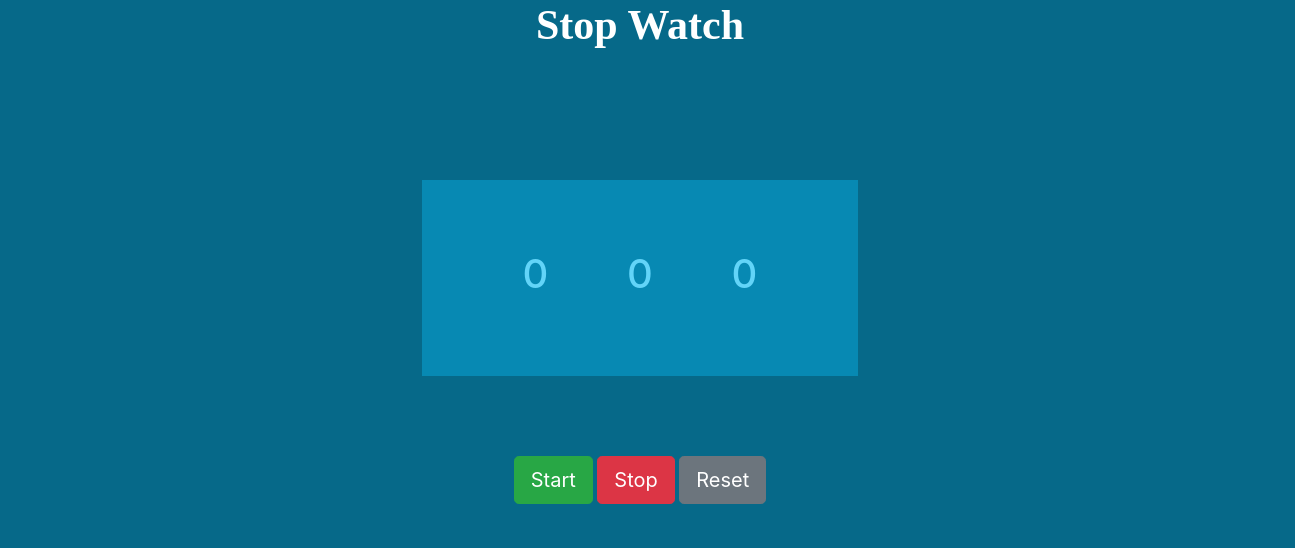
Repository: moiz9265/stopwatch
Page: index.html
These files come from the project's save history. The page is drawn as it stood at one moment and after a run of saves; the edit follows.
The browser window is 1280 px wide. The page is 1295 px wide, so the pictures cover 1295 px, including what lies to the right of the window. The pictures show the whole page.

Above is the page before, as saved 2020-07-09 23:33:21.

After the next 3 saves:
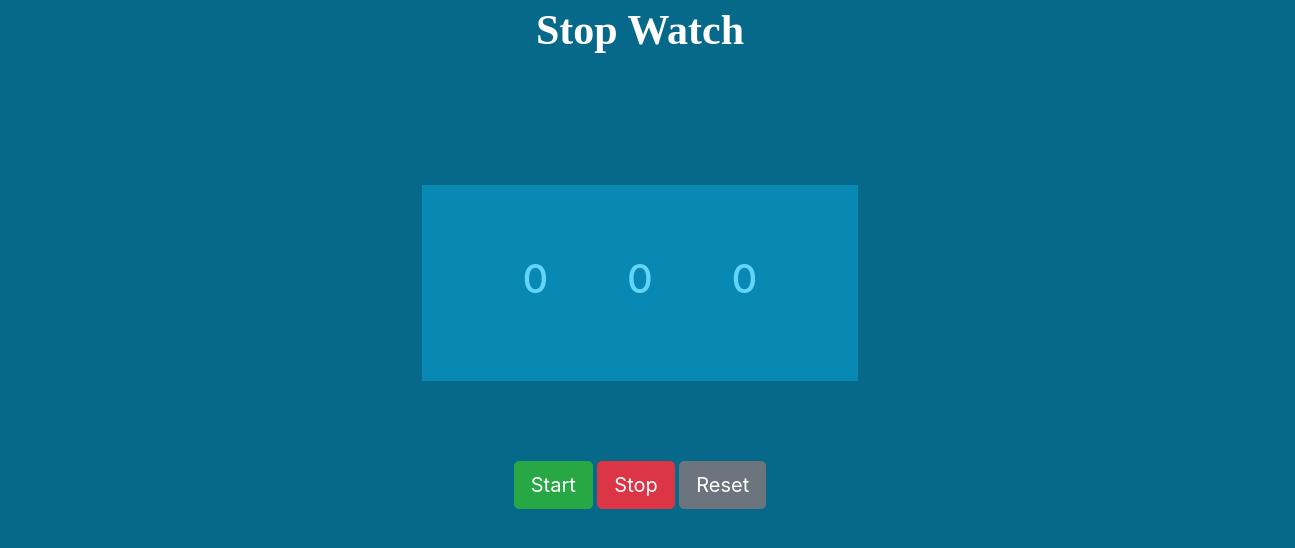
The 3 saves are shown as one change because they came seconds apart.
The last was saved 10 s later.
--- a/index.html
+++ b/index.html
@@ -11,7 +11,7 @@
     </script>
   </head>
   <body>
-      <h2  style="text-align: center; font-size: 42px; color: white; font-family: Times New Roman; font-weight: bold;">Stop Watch</h2>
+      <h2  style="text-align: center; font-size: 42px;margin-top: 5px; color: white; font-family: Times New Roman; font-weight: bold;">Stop Watch</h2>
         <div class="row" style="margin-top: 80px;">
             <div class="col-md-4">
 
